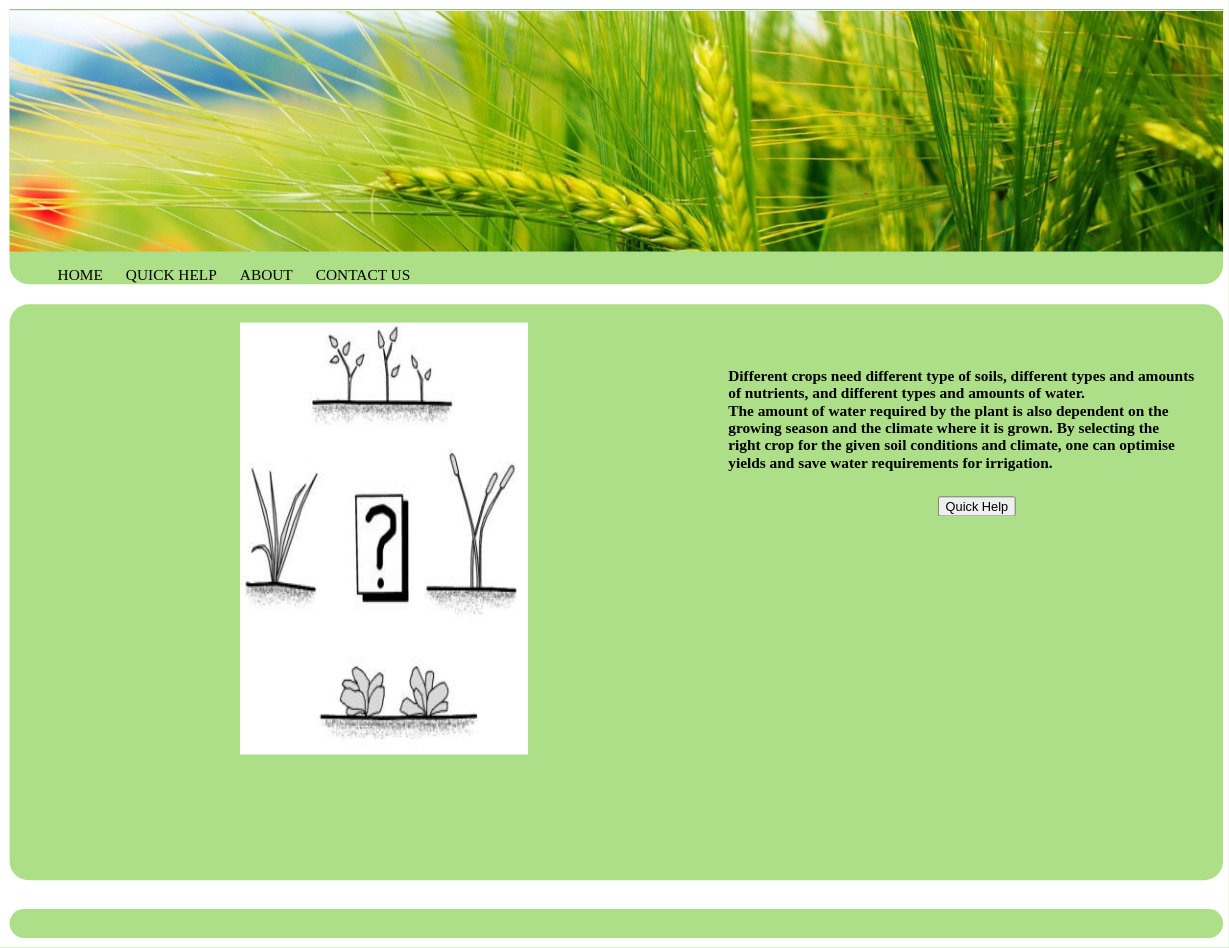
Repository: shivamtyagi1234/FarmoFriend
Page: http://localhost/FarmoFriend/
An editor plug-in stored every save of this project. The page is shown before and after the next save, followed by the edit.
The browser window is 1280 px wide. The pictures show the whole page, at 96% of full size.
The page is served by Tomcat 9.

Above is the page before, as saved 2019-11-03 07:17:42.

After the next save:
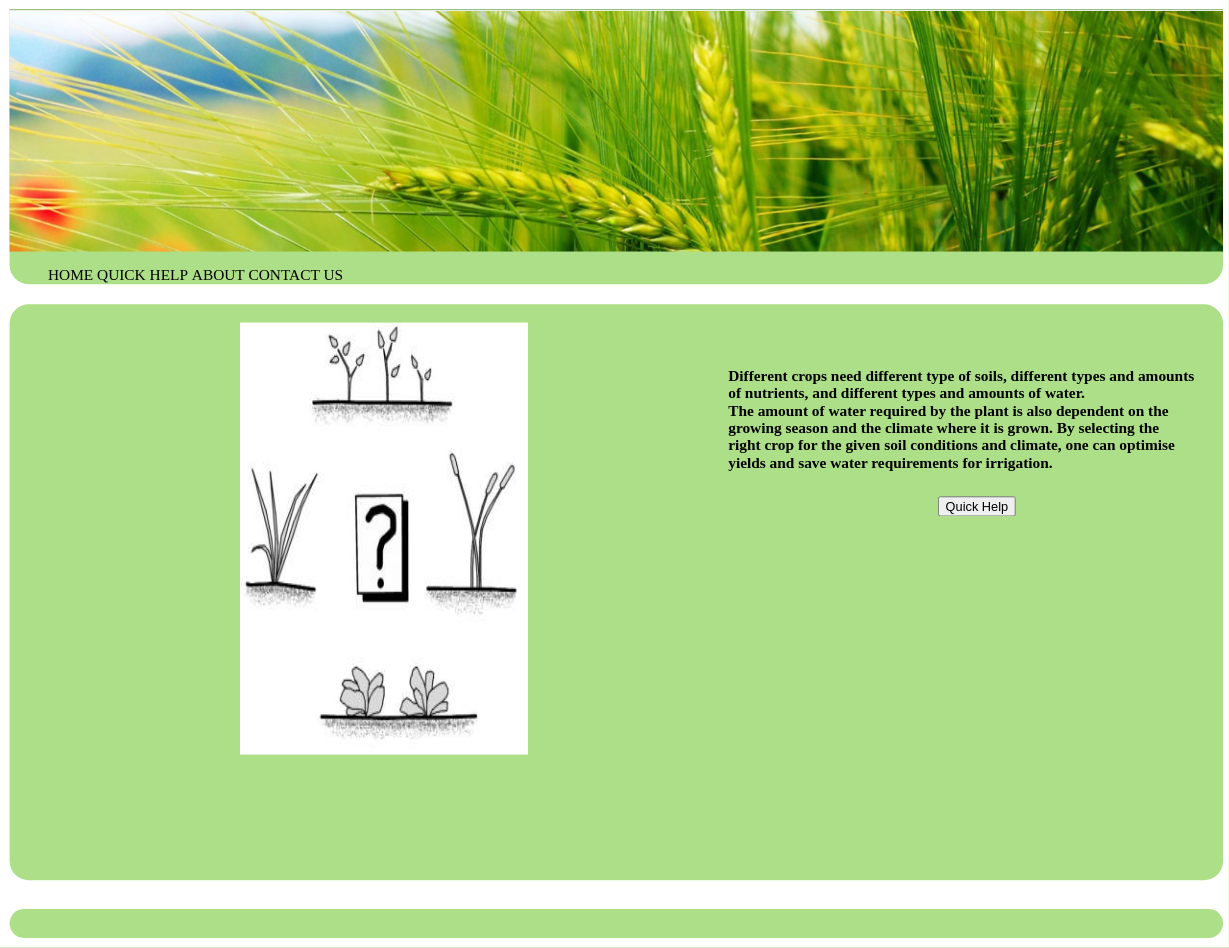
Saved 68 s later.
--- a/FarmoFriend/WebContent/header.jsp
+++ b/FarmoFriend/WebContent/header.jsp
@@ -9,8 +9,6 @@
 {
 height: 25%;
 width: 100%;
-
-
 }
 #header ul
 {
@@ -19,8 +17,8 @@ list-style-type: none;
 #header ul li
 {
 display: inline;
-
-padding: 10px;
+m
+padding: 20px;
 }
 #header ul li a
 {
